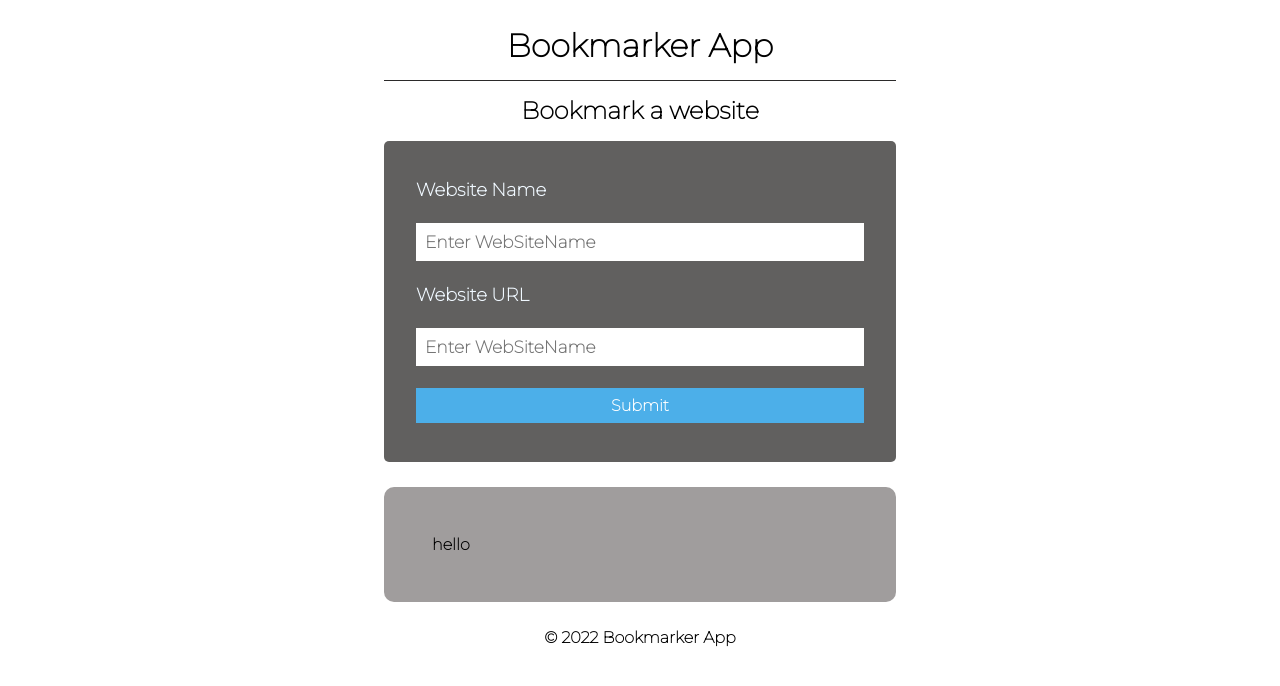
Repository: Suporl9/BookMarkerApp
Page: index.html
The author's editor kept a copy of each file at every save. The page is drawn from the files as they stood at one save, then again after the next save.
The browser window is 1280 px wide. The pictures show the whole page.

Above is the page before, as saved 2021-11-23 22:00:51.

After the next save:
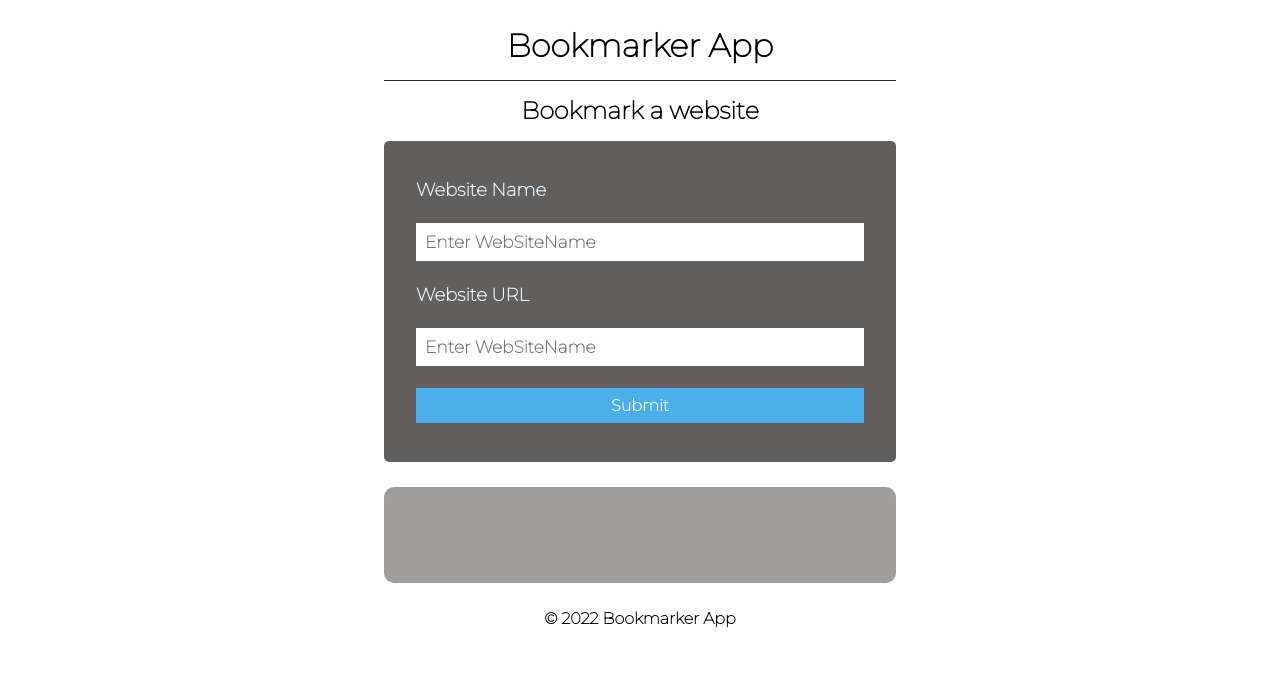
Console error: TypeError: Cannot read properties of null (reading 'length')
Saved 114 s later.
--- a/main.js
+++ b/main.js
@@ -52,5 +52,10 @@ function fetchBookMarkData() {
   let fetchedBookmarks = JSON.parse(localStorage.getItem("data"));
   let nonesensediv = document.getElementById("nonesensediv");
 
-  nonesensediv.innerHTML = "hello";
+  nonesensediv.innerHTML = "";
+
+  for (i = 0; i < fetchedBookmarks.length; i++) {
+    let name = fetchedBookmarks[i].sitenamekey;
+    let url = fetchedBookmarks[i].urlkey;
+  }
 }
